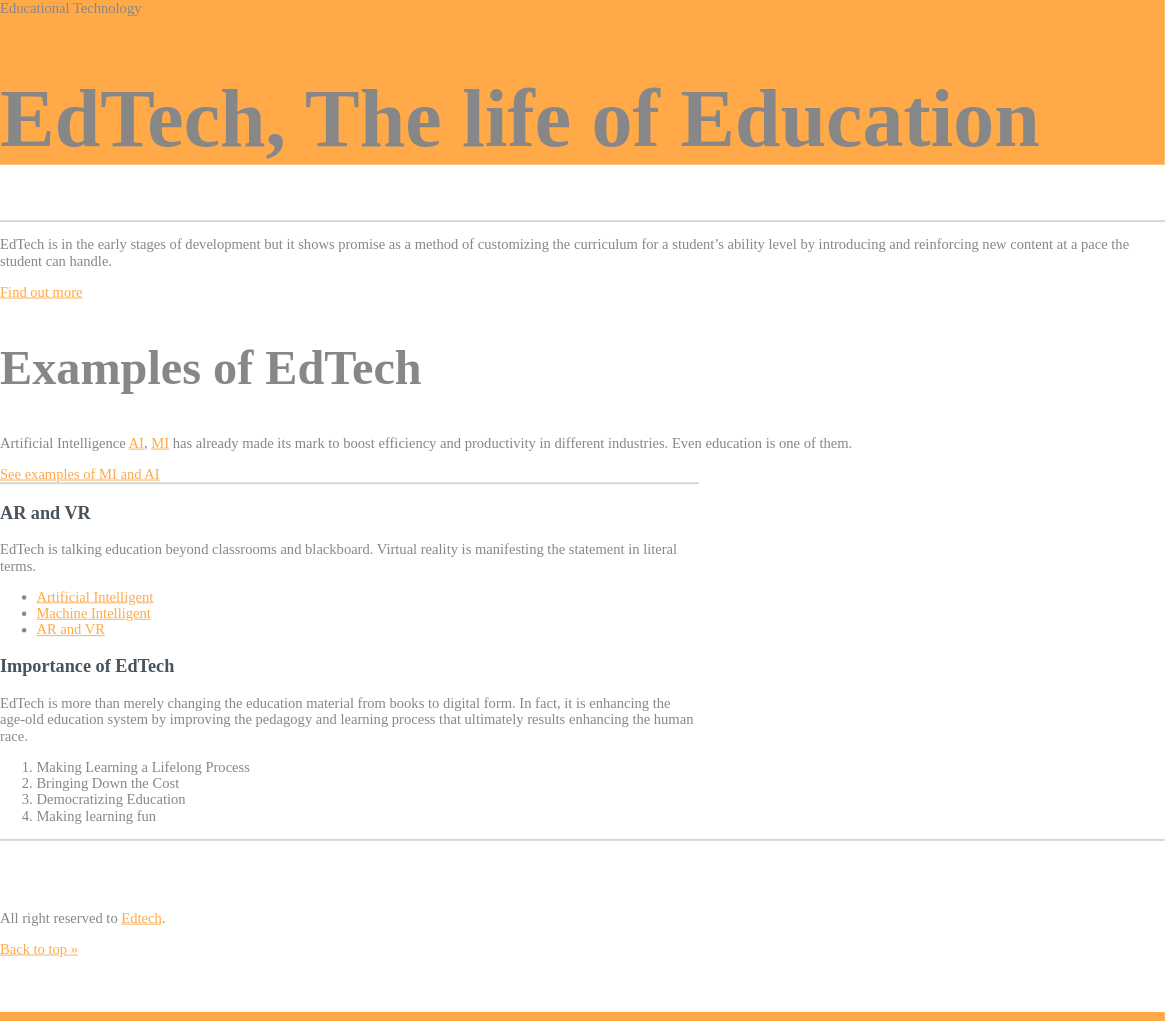
Repository: tunmishyi/edtech
Page: index.html
These files come from the project's save history. The page is drawn as it stood at one moment and after the next save; the edit follows.
The browser window is 1280 px wide. The pictures show the whole page, at 91% of full size.

Above is the page before, as saved 2020-06-09 23:12:04.

After the next save:
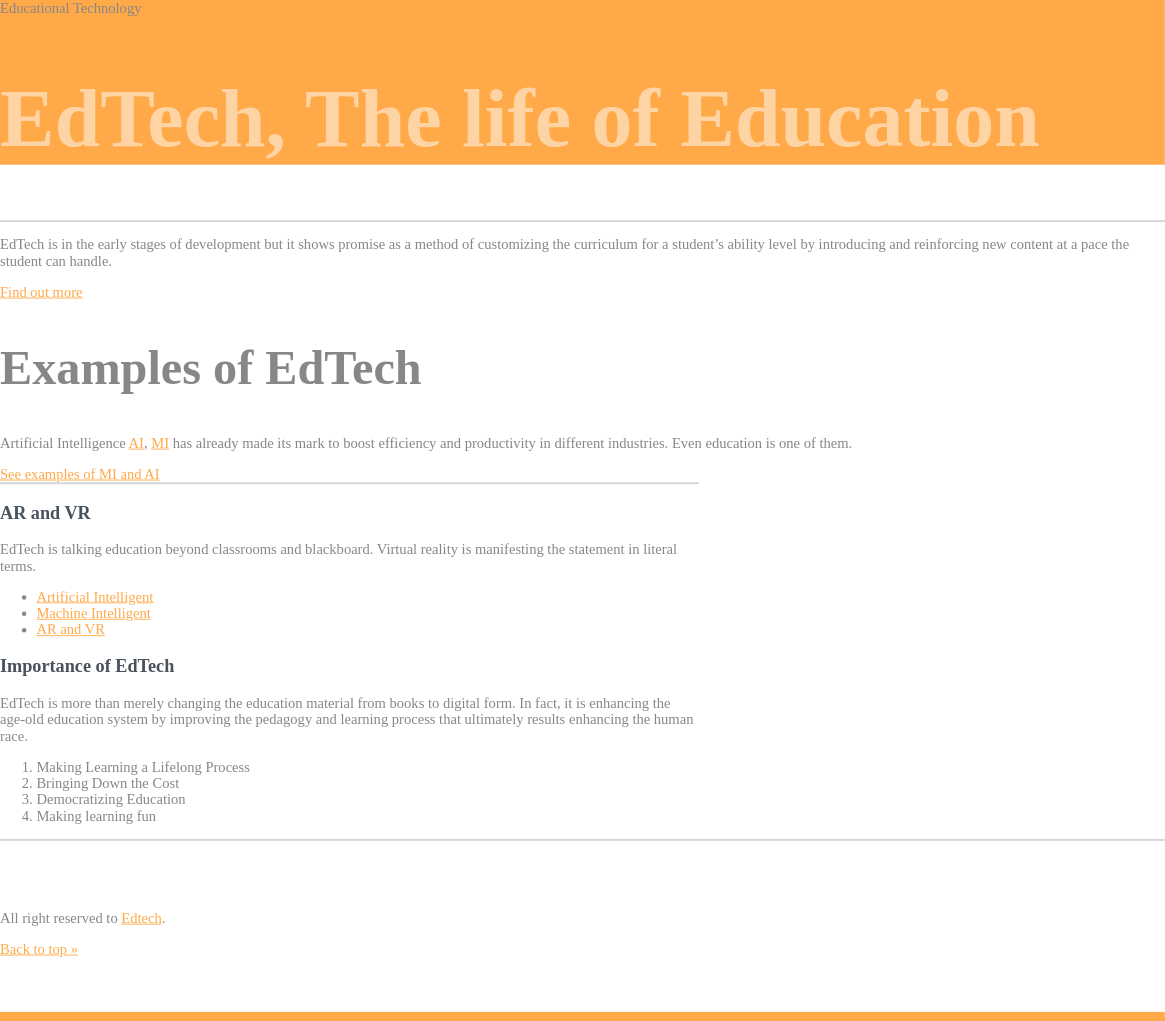
Saved 66 s later.
--- a/style.css
+++ b/style.css
@@ -8,7 +8,7 @@ body {
 
 h1 {
     font-size: 5.625rem; /* 90px/16px */
-    color: rgba;
+    color: rgba(255, 255, 255, .5);
     }
 
     h2 {
